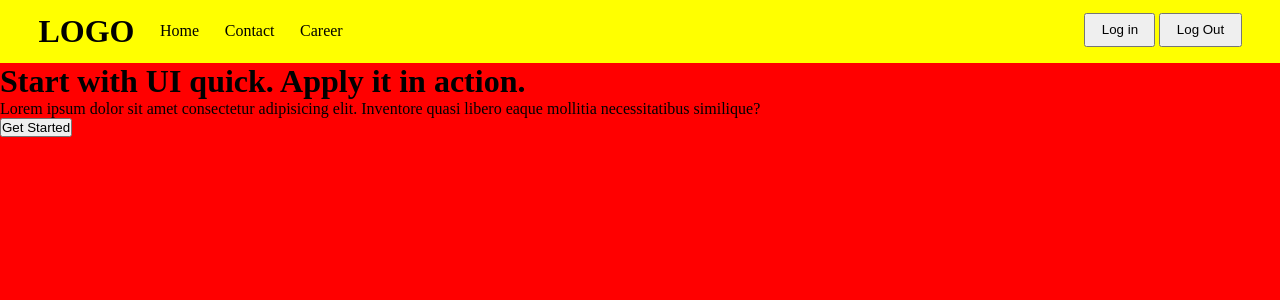
Repository: Ashishchakravartii/landingPage
Page: index.html
The author's editor kept a copy of each file at every save. The page is drawn from the files as they stood at one save, then again after the next save.
The browser window is 1280 px wide. The pictures show the whole page.

Above is the page before, as saved 2024-07-24 12:35:50.

After the next save:
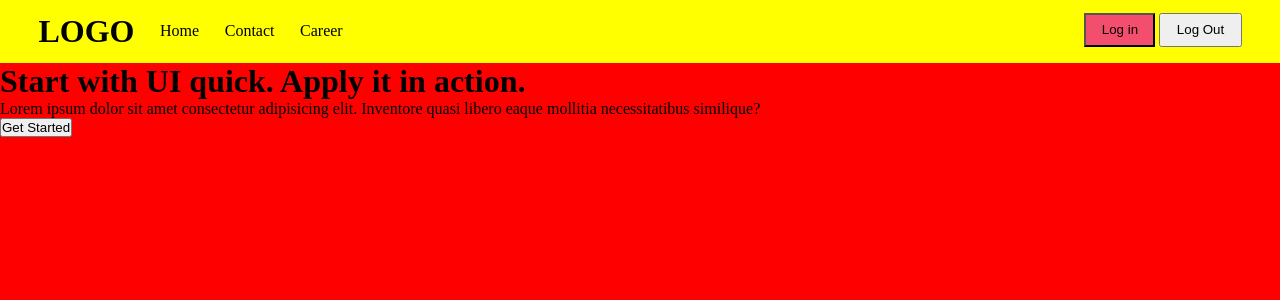
Saved 23 s later.
--- a/style.css
+++ b/style.css
@@ -34,6 +34,6 @@ body{
 .navRight>button{
     padding: 0.6vmax 1.2vmax;
 }
-.navRight>button>:first-child{
+.navRight>button:first-child{
     background-color: #F44E6E;
 }
